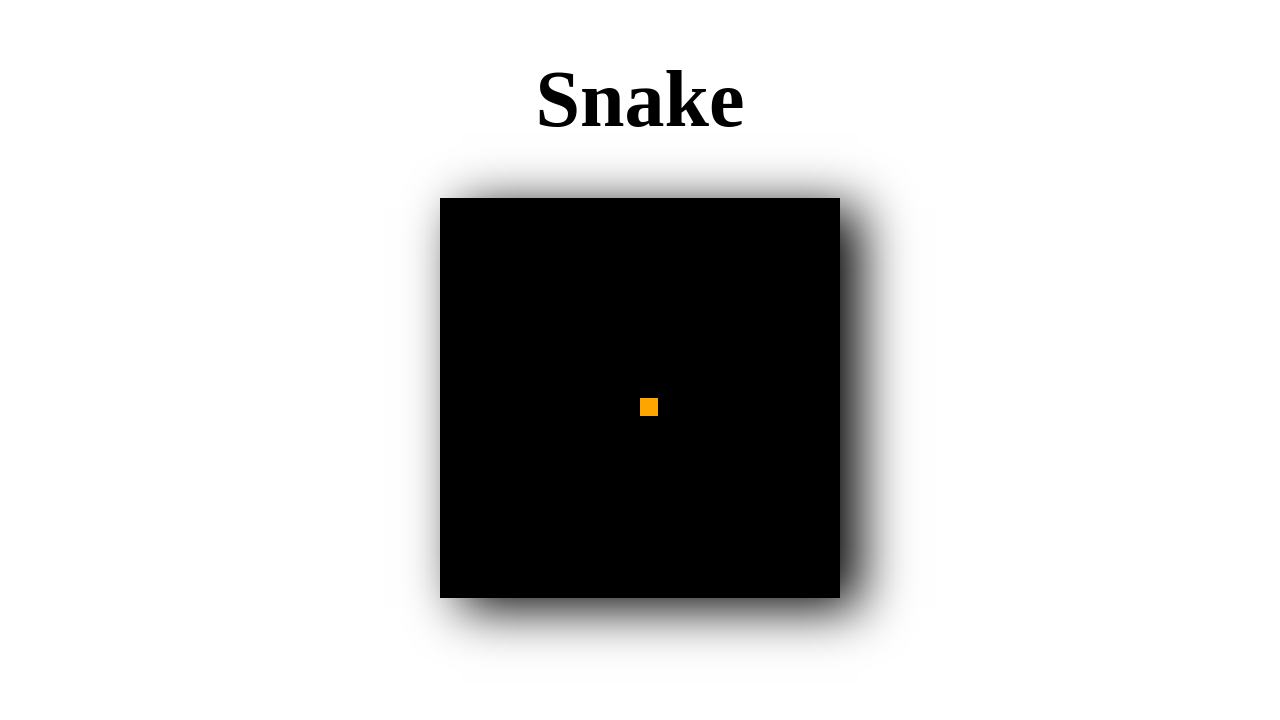
Repository: Ellisvelandia/snake
Page: index.html
An editor plug-in stored every save of this project. The page is shown before and after a run of saves, followed by the edit.
The browser window is 1280 px wide. The pictures show the whole page.

Above is the page before, as saved 2022-08-26 23:21:10.

After the next 2 saves:
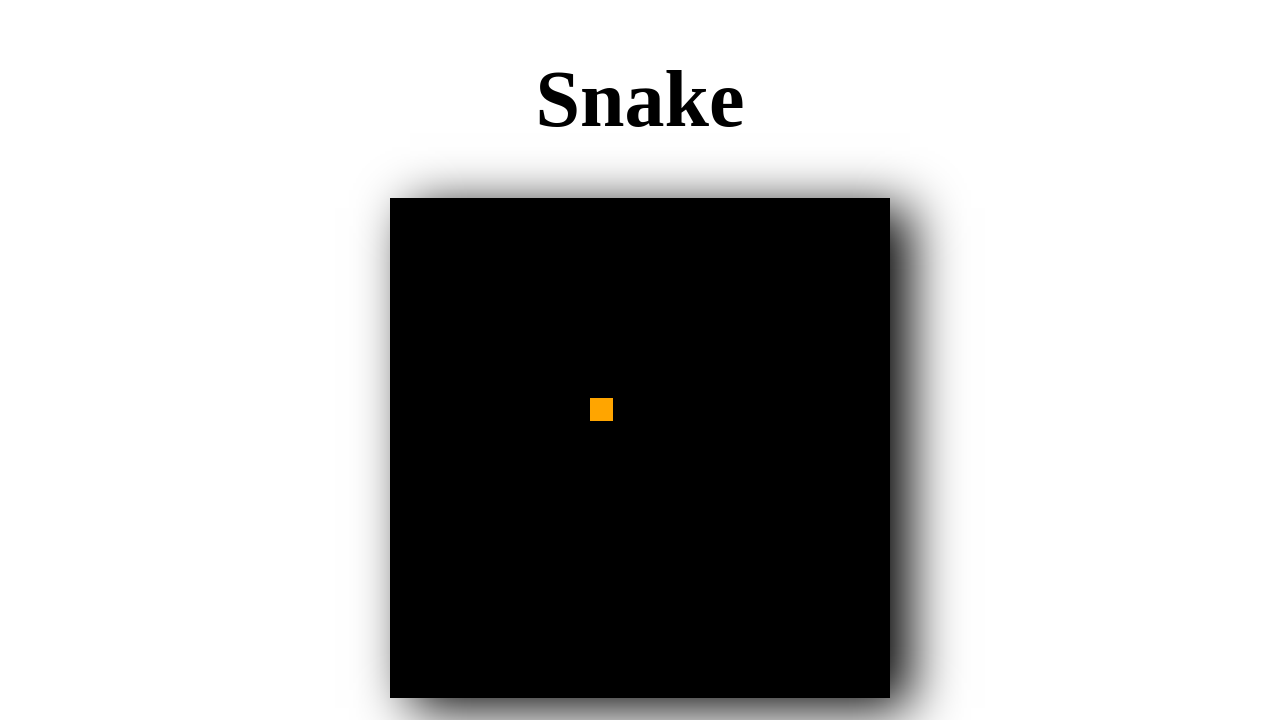
The 2 saves are shown as one change because they came seconds apart.
The last was saved 15 s later.
--- a/index.html
+++ b/index.html
@@ -10,7 +10,7 @@
   <body>
     <h1>Snake</h1>
 
-    <canvas id="game" width="400" height="400"></canvas>
+    <canvas id="game" width="500" height="500"></canvas>
     <script src="index.js"></script>
   </body>
 </html>

After the 2 saves that followed:
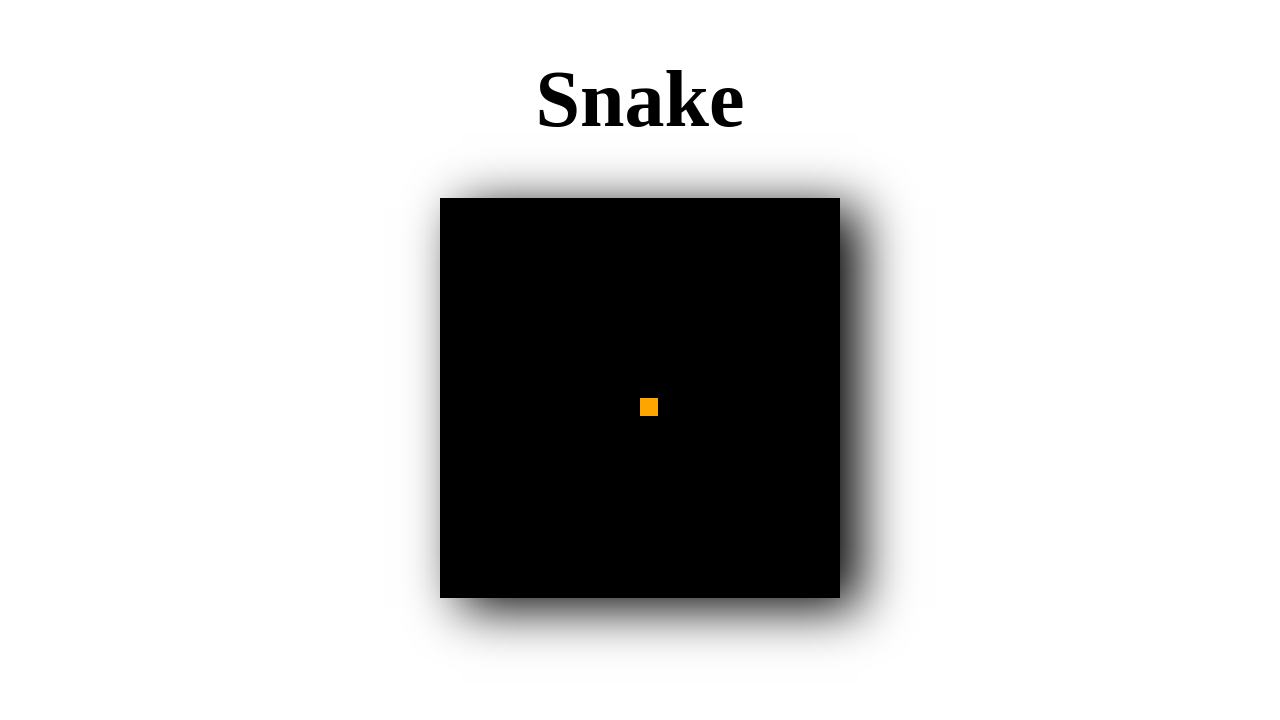
The 2 saves are shown as one change because they came seconds apart.
The last was saved 7 s later.
--- a/index.html
+++ b/index.html
@@ -10,7 +10,7 @@
   <body>
     <h1>Snake</h1>
 
-    <canvas id="game" width="500" height="500"></canvas>
+    <canvas id="game" width="400" height="400"></canvas>
     <script src="index.js"></script>
   </body>
 </html>
